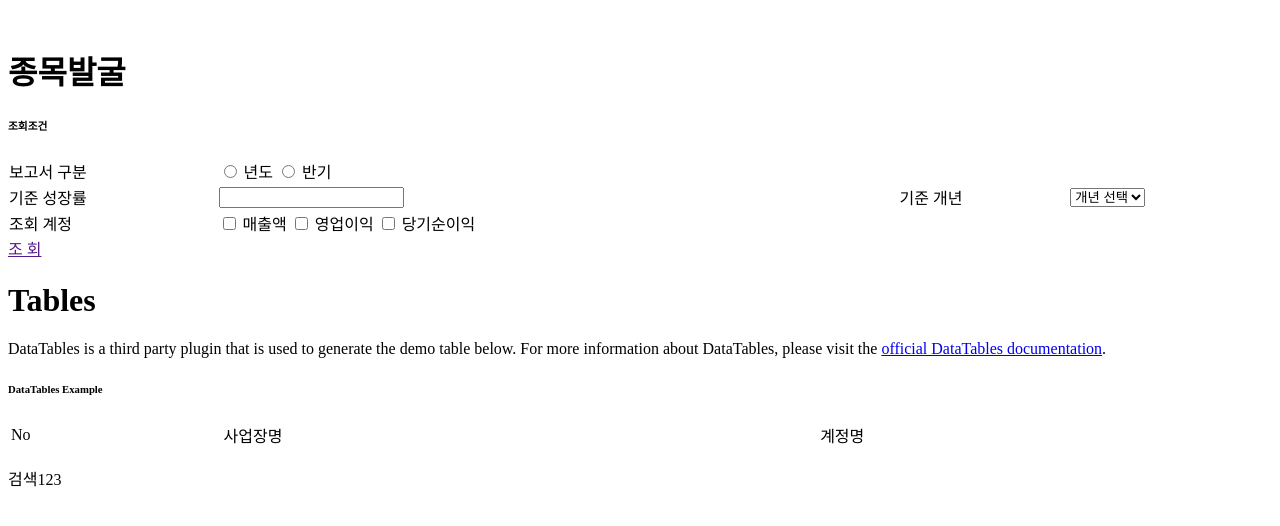
Repository: bangProgram/PJT_Finance
Page: http://localhost/Finance/WEB-INF/views/report/reportList.jsp
The author's editor kept a copy of each file at every save. The page is drawn from the files as they stood at one save, then again after the next save.
The browser window is 1280 px wide. The pictures show the whole page.
The page is served by Tomcat 9. Nobody is signed in. Other server files are loaded and not shown. The template is opened directly, without the code that normally fills it, so the values that code supplies are empty.

Above is the page before, as saved 2022-10-26 02:19:00.

### Finance/src/main/webapp/WEB-INF/views/report/reportList.jsp
<%@ page pageEncoding="UTF-8" contentType="text/html;charset=utf-8"%>
<%@ taglib prefix="fmt" uri="http://java.sun.com/jsp/jstl/fmt"%>
<%@ taglib uri="http://java.sun.com/jsp/jstl/core" prefix="c"%>
<script src="https://code.jquery.com/jquery-3.4.1.min.js"></script>﻿
<script type="text/javascript">
	$(document).ready(function(){
		var chkYear = pEndYear;
		var yearString = $("#pYearList").val();
		var pYearList = yearString.split(',');
		$("#pStartYear").val(pYearList[4]);
		$("#pEndYear").val(pYearList[0]);
		var pEndYear = $("#pEndYear").val();

		var html = ''
		var chkYearList = ''
		for(var i=0; i<pYearList.length; i++){
			if(i==0){
				chkYearList += pYearList[i];
				html += '<option value="'+chkYearList+'">'+ pYearList[i] +' </option>'
			}else{
				chkYearList += ','+pYearList[i];
				html += '<option value="'+chkYearList+'">'+ pEndYear+' ~ '+ pYearList[i]  +' </option>'
			}

		}
		$('#chkYearList').append(html);
	});

	function goSearch(){
		var frm = document.searchForm;
		var pAccountIds = [];
		$("input[name=pAccountId]:checked").each(function(){
			pAccountIds.push($(this).val());
		});
		$("#pAccountIds").val(pAccountIds);

		$.ajax({
			type : 'post',           // 타입 (get, post, put 등등)
			url : '/report/select',           // 요청할 서버url
			data : {
				pYearList : $("#pYearList").val(),
				pStartYear : $("#pStartYear").val(),
				pEndYear : $("#pEndYear").val(),
				pReportCd : $("#pReportCd").val(),
				chkAccRate : $("#chkAccRate").val(),
				chkYearList : $("#chkYearList").val(),
				pAccountIds : $("#pAccountIds").val()
			},
			dataType : 'json',
			success : function(data) { // 결과 성공 콜백함수
				var resultList = data.resultList;
				var yearList = data.pYearList;
				 $("#userList").dataTable({
				 	 data: resultList,
				 	 columns: [
				  		{ data: 'RNUM' },
				  		{ data: 'CORP_NAME' },
				  		{ data: 'ACCOUNT_ID' },
				  		{ data: 'RATE_0' },
				  		{ data: 'RATE_1' },
				  		{ data: 'RATE_2' },
				  		{ data: 'RATE_3' },
				  		{ data: 'RATE_4' }
				  	]
				});
				 /*
				for(var i=0; i<resultList.length; i++){
					var html = ''
					html += '<tr>'
					html +=	'<td>'+resultList[i].RNUM+'</td>'
					html +=	'<td>'+resultList[i].CORP_NAME+'</td>'
					html +=	'<td>'+resultList[i].ACCOUNT_ID+'</td>'
					for(var j=0; j<yearList.length; j++){
						var name = 'RATE_'+yearList[j];
						console.log("JB1 : "+name);
						html +=	'<td>'+resultList[i].name+'</td>'
						console.log("JB21 : "+resultList[i].name);
						console.log("JB22 : "+resultList[i].RATE_2021);
					}
					html += '</tr>'
					$('#bodyList').append(html);
				}
				 */
			},
			error : function(request, status, error) {
				console.log(error)
			}
		})

	}
</script>

<html>
<head>
<title>사업장 목록</title>
</head>
<body>
<div class="container-fluid">
	<form name="searchForm" method="post">
	<input type="hidden" name="pYearList" id="pYearList" value="${yearString}" title="조회 년도 목록">
	<input type="hidden" name="pStartYear" id="pStartYear" class="pSearchYear" value="" title="조회 시작년도">
	<input type="hidden" name="pEndYear" id="pEndYear" class="pSearchYear" value="" title="조회 시작년도">

	<!-- Page Heading -->
	<h1 class="h3 mb-2 text-gray-800">종목발굴</h1>
	<p class="mb-4"></p>

	<!-- DataTales Example -->
    <div class="card shadow mb-4">
        <div class="card-header py-3">
            <h6 class="m-0 font-weight-bold text-primary">조회조건</h6>
        </div>
        <div class="card-body">
            <div class="table-responsive">

                <table class="table table-bordered"  width="100%" cellspacing="0">
                    <tbody>
                        <tr>
							<td>보고서 구분</td>
							<td><input type="radio" name="pReportCd" id="pReportCd" value="11011" title="보고서 구분"> 년도 <input type="radio" name="pReportCd" id="pReportCd" value="11012" title="보고서 구분"> 반기 </td>
                        </tr>
                        <tr>
                            <td>기준 성장률</td>
							<td><input type="text" name="chkAccRate" id="chkAccRate" value="" title="기준 성장률">  </td>
							<td>기준 개년</td>
							<td>
								<select name="chkYearList" id="chkYearList" title="기준 년도 선택">
									<option value = "">개년 선택</option>
								</select>
							</td>
                        </tr>
                        <tr>
                            <td>조회 계정</td>
							<td rowspan="3">
								<input type="hidden" name="pAccountIds" id="pAccountIds" value="" title="계정 목록">
								<input type="checkbox" name="pAccountId" id="pAccountId" value="ifrs-full_Revenue" title="매출액"> 매출액
								<input type="checkbox" name="pAccountId" id="pAccountId" value="dart_OperatingIncomeLoss" title="영업이익"> 영업이익
								<input type="checkbox" name="pAccountId" id="pAccountId" value="ifrs-full_ProfitLoss" title="당기순이익"> 당기순이익
							</td>
                        </tr>
                    </tbody>
                </table>
                <a href="" onclick="goSearch(); return false;" class="btn btn-primary btn-icon-split btn-sm">
                     <span class="icon text-white-50">
                         <i class="fas fa-flag"></i>
                     </span>
                     <span class="text">조 회</span>
               	</a>
            </div>
        </div>
    </div>
    </form>
</div>

<div class="container-fluid">

	<!-- Page Heading -->
	<h1 class="h3 mb-2 text-gray-800">Tables</h1>
	<p class="mb-4">DataTables is a third party plugin that is used to generate the demo table below.
	    For more information about DataTables, please visit the <a target="_blank"
	        href="https://datatables.net">official DataTables documentation</a>.</p>

	<!-- DataTales Example -->
    <div class="card shadow mb-4">
        <div class="card-header py-3">
            <h6 class="m-0 font-weight-bold text-primary">DataTables Example</h6>
        </div>
        <div class="card-body">
            <div class="table-responsive">
                <table id="userList" class="table table-bordered" id="dataTable" width="100%" >
                    <thead>
			            <tr id="head">
			            	<td>No</td>
							<td>사업장명</td>
							<td>계정명</td>
							<c:forEach items="${yearList}" var="list">
								<td>${list} 년</td>
							</c:forEach>
						</tr>
			        </thead>
			        <tbody id="bodyList">
			        </tbody>
                </table>
            </div>
        </div>
    </div>
</div>
	<%--
	<h1>사업장 목록</h1>
	<table>
		<thead>
			<tr>
				<td>사업장명</td>
				<td>매출액</td>
				<td>매출증가율</td>
				<td>영업이익</td>
				<td>영업이익증가율</td>
				<td>순이익</td>
				<td>순이익증가율</td>
			</tr>
		</thead>
		<tbody>
		<tr>
			<c:forEach var="row" items="${data}">
					<td>${row.corp_name}</td>
					<td>${row.category}</td>
					<td>${row.category}</td>
					<td>${row.category}</td>
					<td>${row.category}</td>
					<td>${row.category}</td>
					<td>${row.category}</td>
			</c:forEach>
		</tr>
		</tbody>

	</table>
	 --%>
	<p>
		<a onclick="goSearch(); return false;">검색123</a>
	</p>
</body>
</html>

After the next save:
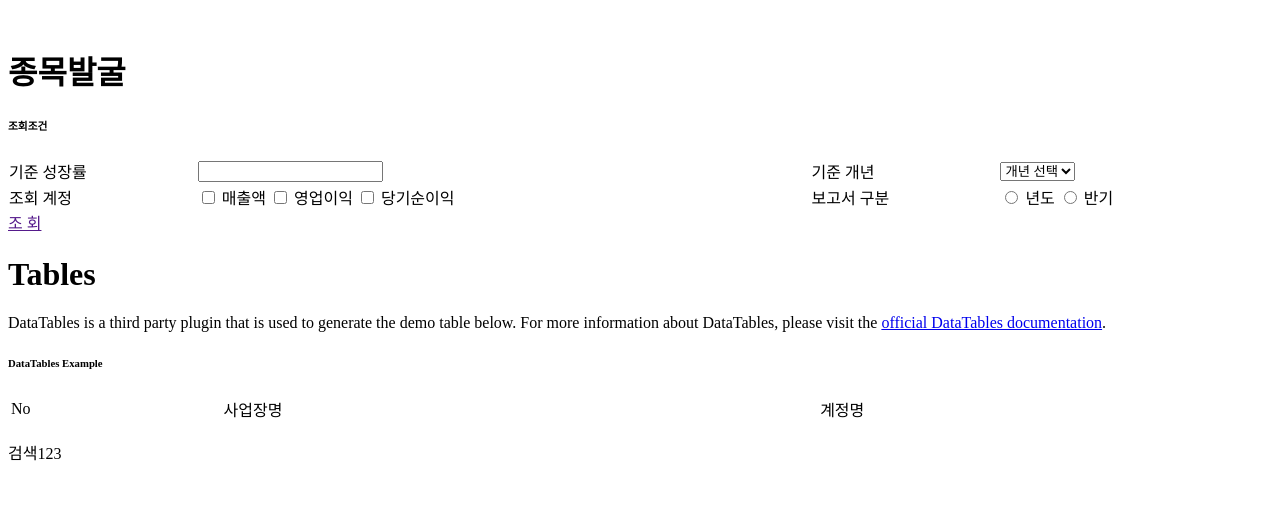
Saved 2 h 24 min later.
--- a/Finance/src/main/webapp/WEB-INF/views/report/reportList.jsp
+++ b/Finance/src/main/webapp/WEB-INF/views/report/reportList.jsp
@@ -63,24 +63,6 @@
 				  		{ data: 'RATE_4' }
 				  	]
 				});
-				 /*
-				for(var i=0; i<resultList.length; i++){
-					var html = ''
-					html += '<tr>'
-					html +=	'<td>'+resultList[i].RNUM+'</td>'
-					html +=	'<td>'+resultList[i].CORP_NAME+'</td>'
-					html +=	'<td>'+resultList[i].ACCOUNT_ID+'</td>'
-					for(var j=0; j<yearList.length; j++){
-						var name = 'RATE_'+yearList[j];
-						console.log("JB1 : "+name);
-						html +=	'<td>'+resultList[i].name+'</td>'
-						console.log("JB21 : "+resultList[i].name);
-						console.log("JB22 : "+resultList[i].RATE_2021);
-					}
-					html += '</tr>'
-					$('#bodyList').append(html);
-				}
-				 */
 			},
 			error : function(request, status, error) {
 				console.log(error)
@@ -115,10 +97,6 @@
 
                 <table class="table table-bordered"  width="100%" cellspacing="0">
                     <tbody>
-                        <tr>
-							<td>보고서 구분</td>
-							<td><input type="radio" name="pReportCd" id="pReportCd" value="11011" title="보고서 구분"> 년도 <input type="radio" name="pReportCd" id="pReportCd" value="11012" title="보고서 구분"> 반기 </td>
-                        </tr>
                         <tr>
                             <td>기준 성장률</td>
 							<td><input type="text" name="chkAccRate" id="chkAccRate" value="" title="기준 성장률">  </td>
@@ -131,12 +109,14 @@
                         </tr>
                         <tr>
                             <td>조회 계정</td>
-							<td rowspan="3">
+							<td>
 								<input type="hidden" name="pAccountIds" id="pAccountIds" value="" title="계정 목록">
 								<input type="checkbox" name="pAccountId" id="pAccountId" value="ifrs-full_Revenue" title="매출액"> 매출액
 								<input type="checkbox" name="pAccountId" id="pAccountId" value="dart_OperatingIncomeLoss" title="영업이익"> 영업이익
 								<input type="checkbox" name="pAccountId" id="pAccountId" value="ifrs-full_ProfitLoss" title="당기순이익"> 당기순이익
 							</td>
+							<td>보고서 구분</td>
+							<td><input type="radio" name="pReportCd" id="pReportCd" value="11011" title="보고서 구분"> 년도 <input type="radio" name="pReportCd" id="pReportCd" value="11012" title="보고서 구분"> 반기 </td>
                         </tr>
                     </tbody>
                 </table>
